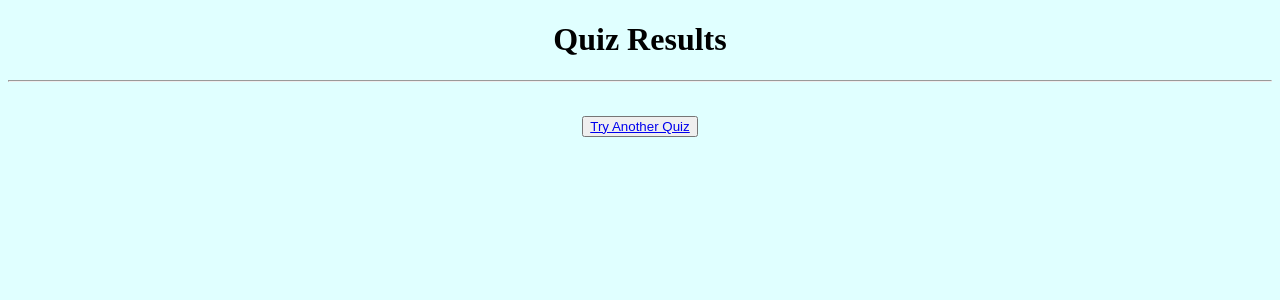
Repository: Rohitsenpai01/Quiz-Manangement-System
Page: http://localhost/WebQuizApp/submitquiz.jsp
An editor plug-in stored every save of this project. The page is shown before and after the next save, followed by the edit.
The browser window is 1280 px wide. The pictures show the whole page.
The page is served by Tomcat 9. Other server files are loaded and not shown. Queries for data that is not in the repository find no rows.

Above is the page before, as saved 2025-12-31 16:57:59.

### WebQuizApp/WebQuizApp/src/main/webapp/submitquiz.jsp
<%@ page language="java" contentType="text/html; charset=UTF-8" pageEncoding="UTF-8"%>
<%@ taglib prefix="c" uri="http://java.sun.com/jsp/jstl/core" %>
<!DOCTYPE html>
<html>
<head>
    <title>Quiz Result</title>
</head>
<body bgcolor="${initParam.theme}">
    <h1 style="text-align: center;">Quiz Results</h1><hr>
    <jsp:useBean id="quli" class="com.app.beans.QuestionListBean"/>
    <jsp:setProperty name="quli" property="quiz_id" value="${param.quiz_id}"/>
    ${quli.fetchQuestions()}

    <div style="text-align: center;">
        <%
            int score = 0;
            int total = 0;
            java.util.List<com.app.pojos.Question> list = quli.getQuestionList();

            if (list != null) {
                total = list.size();
                for (int i = 0; i < total; i++) {
                    String submittedAns = request.getParameter("ans_" + i);
                    char correctAns = list.get(i).getCorrect();
                    if (submittedAns != null && submittedAns.equalsIgnoreCase(String.valueOf(correctAns))) {
                        score++;
                    }
                }
            }
            request.setAttribute("finalScore", score);
            request.setAttribute("totalQuestions", total);
        %>
        <p>${score}</p>
		<jsp:useBean id="sa" class="com.app.beans.AttemptQuizBean"/>
		<jsp:setProperty  name="sa" property="quiz_id" value="${param.quiz_id}"/>
		<jsp:setProperty  name="sa" property="student_id" value="${lp.user.id}"/>
		<jsp:setProperty  name="sa" property="score" value="${score}"/>
		<jsp:setProperty  name="sa" property="total" value="${total}"/>
		${sa.save()}
		<br>
        <button><a href="quizlist.jsp">Try Another Quiz</a></button>
    </div>
</body>
</html>

### WebQuizApp/WebQuizApp/src/main/java/com/app/beans/QuestionListBean.java
package com.app.beans;

import java.util.List;
import com.app.daos.QuestionDao;
import com.app.daos.QuestionDaoImp;
import com.app.pojos.Question;

public class QuestionListBean {
	private List<Question> questionList;
    private int quiz_id;

    public void setQuiz_id(int quiz_id) {
        this.quiz_id = quiz_id;
    }

    public List<Question> getQuestionList() {
        return questionList;
    }

    public void fetchQuestions() {
        try(QuestionDao queDao = new QuestionDaoImp()) {
            this.questionList = queDao.getById(this.quiz_id);
        } catch (Exception e) {
            e.printStackTrace();
        }
    }
}

### WebQuizApp/WebQuizApp/src/main/java/com/app/daos/QuestionDao.java
package com.app.daos;

import java.util.List;

import com.app.pojos.Question;
import com.app.pojos.Quiz;

public interface QuestionDao extends AutoCloseable{
	List<Question> getAll() throws Exception;
	List<Question> getById(int quiz_id) throws Exception;
	void insert(Question qs,Quiz q) throws Exception;
}

### WebQuizApp/WebQuizApp/src/main/java/com/app/beans/AttemptQuizBean.java
package com.app.beans;

import java.util.ArrayList;
import java.util.List;

import com.app.daos.AttemptDao;
import com.app.daos.AttemptDaoImp;
import com.app.pojos.Attempts;

public class AttemptQuizBean {
	private List<Attempts> attemptList;
	private int student_id;
	private int score;
	private int total;
	private int quiz_id;
	public AttemptQuizBean() {
		this.attemptList = new ArrayList<>();
	}

	public List<Attempts> getAttemptList() {
		return attemptList;
	}


	public void setAttemptList(List<Attempts> attemptList) {
		this.attemptList = attemptList;
	}


	public int getStudent_id() {
		return student_id;
	}


	public void setStudent_id(int student_id) {
		this.student_id = student_id;
	}


	public int getScore() {
		return score;
	}


	public void setScore(int score) {
		this.score = score;
	}


	public int getTotal() {
		return total;
	}


	public void setTotal(int total) {
		this.total = total;
	}


	public int getQuiz_id() {
		return quiz_id;
	}


	public void setQuiz_id(int quiz_id) {
		this.quiz_id = quiz_id;
	}


	public void viewresult() {
		try(AttemptDao attemptDao = new AttemptDaoImp()) {
			List<Attempts> attempt = attemptDao.findAll();
			this.attemptList =  attempt;
		} catch(Exception e) {
			e.printStackTrace();
		}
	}
	public void viewScore() {
		try(AttemptDao attemptDao = new AttemptDaoImp()) {
			List<Attempts> attempt =  attemptDao.findStudentById(student_id);
			this.attemptList = attempt;
		} catch(Exception e) {
			e.printStackTrace();
		}
	}
	public void save() {
		try(AttemptDao attemptDao = new AttemptDaoImp()) {
			 attemptDao.insertAttempt(quiz_id, student_id, score, total);
		} catch(Exception e) {
			e.printStackTrace();
		}
	}
}

### WebQuizApp/WebQuizApp/src/main/java/com/app/daos/AttemptDao.java
package com.app.daos;

import java.util.List;

import com.app.pojos.Attempts;

public interface AttemptDao extends AutoCloseable{
	List<Attempts> findAll() throws Exception;
	List<Attempts> findStudentById(int user_id) throws Exception;
	public void insertAttempt(int qid, int stuId, int score, int totalQue) throws Exception;
}

### WebQuizApp/WebQuizApp/src/main/java/com/app/pojos/Question.java
package com.app.pojos;

public class Question {
	public int id;
	public int quiz_id;
	public String text;
	public String a;
	public String b;
	public String c;
	public String d;
	public char correct;

	public Question() {
	}

	public Question(int id, int quiz_id, String text, String a, String b, String c, String d, char correct) {
		this.id = id;
		this.quiz_id = quiz_id;
		this.text = text;
		this.a = a;
		this.b = b;
		this.c = c;
		this.d = d;
		this.correct = correct;
	}

	public int getId() {
		return id;
	}

	public void setId(int id) {
		this.id = id;
	}

	public int getQuiz_id() {
		return quiz_id;
	}

	public void setQuiz_id(int quiz_id) {
		this.quiz_id = quiz_id;
	}

	public String getText() {
		return text;
	}

	public void setText(String text) {
		this.text = text;
	}

	public String getA() {
		return a;
	}

	public void setA(String a) {
		this.a = a;
	}

	public String getB() {
		return b;
	}

	public void setB(String b) {
		this.b = b;
	}

	public String getC() {
		return c;
	}

	public void setC(String c) {
		this.c = c;
	}

	public String getD() {
		return d;
	}

	public void setD(String d) {
		this.d = d;
	}

	public char getCorrect() {
		return correct;
	}

	public void setCorrect(char correct) {
		this.correct = correct;
	}

}

### WebQuizApp/WebQuizApp/src/main/java/com/app/daos/Dao.java
package com.app.daos;

import java.sql.Connection;
import com.app.util.DbUtil;

public class Dao implements AutoCloseable{
	protected Connection con;
	public Dao() throws Exception{
		con = DbUtil.getConnection();
	}
	public void close() throws Exception {
		if(con != null) {
			con.close();
		}
	}
}

### WebQuizApp/WebQuizApp/src/main/java/com/app/daos/QuestionDaoImp.java
package com.app.daos;

import java.sql.PreparedStatement;
import java.sql.ResultSet;
import java.util.ArrayList;
import java.util.List;

import com.app.pojos.Question;
import com.app.pojos.Quiz;

public class QuestionDaoImp extends Dao implements QuestionDao{
	private PreparedStatement stmtInsertTitle;
	private PreparedStatement stmtGetAll;
	private PreparedStatement stmtGetById;
	private PreparedStatement stmtInsertQuestion;

	public QuestionDaoImp() throws Exception {
		stmtGetAll = con.prepareStatement("SELECT question_id, quiz_id, question_text, option_a, option_b, option_c, option_d FROM questions");
		stmtGetById = con.prepareStatement("SELECT question_text, option_a, option_b, option_c, option_d, correct_option FROM questions WHERE quiz_id = ?");
		stmtInsertQuestion = con.prepareStatement("INSERT INTO questions " + "(quiz_id, question_text, option_a, option_b, option_c, option_d, correct_option)" + "VALUES (?, ?, ?, ?, ?, ?, ?)");
		stmtInsertTitle = con.prepareStatement("SELECT quiz_id FROM quizzes WHERE title=?");
	}

	public void close() throws Exception {
		stmtGetAll.close();
		stmtGetById.close();
		stmtInsertTitle.close();
		stmtInsertQuestion.close();
	}

	@Override
	public List<Question> getAll() throws Exception {
		List<Question> list = new ArrayList<>();
		try(ResultSet rs = stmtGetAll.executeQuery()) {
			while(rs.next()) {
				int id = rs.getInt("id");
				int quiz_id = rs.getInt("quiz_id");
				String text = rs.getString("text");
				String a = rs.getString("a");
				String b = rs.getString("b");
				String c = rs.getString("c");
				String d = rs.getString("d");
				String cor = rs.getString("correct");
				char correct = cor.charAt(0);
				Question que = new Question(id, quiz_id, text, a, b, c, d, correct);
				list.add(que);
			}
		}
		return list;
	}

	@Override
	public void insert(Question qs, Quiz q) throws Exception {
	    String sql = "INSERT INTO questions (quiz_id, question_text, option_a, option_b, option_c, option_d, correct_option) VALUES (?, ?, ?, ?, ?, ?, ?)";
	    try (PreparedStatement ps = con.prepareStatement(sql)) {
	        ps.setInt(1, qs.getQuiz_id());
	        ps.setString(2, qs.getText());
	        ps.setString(3, qs.getA());
	        ps.setString(4, qs.getB());
	        ps.setString(5, qs.getC());
	        ps.setString(6, qs.getD());
	        ps.setString(7, String.valueOf(qs.getCorrect()));
	        ps.executeUpdate();
	    }
	}

	@Override
	public List<Question> getById(int quiz_id) throws Exception {
	    List<Question> queList = new ArrayList<>();
	    stmtGetById.setInt(1, quiz_id);
	    try(ResultSet rs = stmtGetById.executeQuery()) {
	        while(rs.next()) {
	            String text = rs.getString("question_text");
	            String a = rs.getString("option_a");
	            String b = rs.getString("option_b");
	            String c = rs.getString("option_c");
	            String d = rs.getString("option_d");
	            String cor = rs.getString("correct_option");
	            char correct = (cor != null && !cor.isEmpty()) ? cor.charAt(0) : ' ';
	            Question que = new Question(0, quiz_id, text, a, b, c, d, correct);
	            queList.add(que);
	        }
	    }
	    return queList;
	}
}

### WebQuizApp/WebQuizApp/src/main/java/com/app/util/DbUtil.java
package com.app.util;

import java.sql.Connection;
import java.sql.DriverManager;

public class DbUtil {
	private static final String DB_DRIVER = "com.mysql.cj.jdbc.Driver";
	private static final String DB_URL = "jdbc:mysql://localhost:3306/quiz_management_system";
	private static final String DB_USER = "root";
	private static final String DB_PASSWD = "manager";

	static {
		try {
			Class.forName(DB_DRIVER);
		} catch(Exception e) {
			e.printStackTrace();
			System.exit(1);
		}
	}

	public static Connection getConnection() throws Exception {
		Connection con = DriverManager.getConnection(DB_URL, DB_USER, DB_PASSWD);
		return con;
	}
}

### WebQuizApp/WebQuizApp/src/main/java/com/app/pojos/Attempts.java
package com.app.pojos;

import java.time.LocalDateTime;

public class Attempts {
	public int id;
	public int quiz_id;
	public int student_id;
	public String student_name;
	public int score;
	public int total;
	public LocalDateTime attemptTime;

	public Attempts() {
	}

	public Attempts(int id, int quiz_id, int student_id, String student_name, int score, int total, LocalDateTime attemptTime) {
		this.id = id;
		this.quiz_id = quiz_id;
		this.student_id = student_id;
		this.student_name = student_name;
		this.score = score;
		this.total = total;
		this.attemptTime = attemptTime;
	}


	public Attempts(int id, int quiz_id, int student_id, int score, int total, LocalDateTime attemptTime) {
		super();
		this.id = id;
		this.quiz_id = quiz_id;
		this.student_id = student_id;
		this.score = score;
		this.total = total;
		this.attemptTime = attemptTime;
	}

	public int getId() {
		return id;
	}

	public void setId(int id) {
		this.id = id;
	}

	public int getQuiz_id() {
		return quiz_id;
	}

	public void setQuiz_id(int quiz_id) {
		this.quiz_id = quiz_id;
	}

	public int getStudent_id() {
		return student_id;
	}

	public void setStudent_id(int student_id) {
		this.student_id = student_id;
	}

	public String getStudent_name() {
		return student_name;
	}

	public void setStudent_name(String string) {
		this.student_name = string;
	}

	public int getScore() {
		return score;
	}

	public void setScore(int score) {
		this.score = score;
	}

	public int getTotal() {
		return total;
	}

	public void setTotal(int total) {
		this.total = total;
	}

	public LocalDateTime getAttemptTime() {
		return attemptTime;
	}

	public void setAttemptTime(LocalDateTime attemptTime) {
		this.attemptTime = attemptTime;
	}

}

### WebQuizApp/WebQuizApp/src/main/java/com/app/daos/AttemptDaoImp.java
package com.app.daos;

import java.sql.PreparedStatement;
import java.sql.ResultSet;
import java.util.ArrayList;
import java.util.List;

import com.app.pojos.Attempts;

public class AttemptDaoImp extends Dao implements AttemptDao{
	private PreparedStatement stmtFindById;
	private PreparedStatement stmtFindAll;
	private PreparedStatement stmtSave;
	public AttemptDaoImp() throws Exception {
		stmtFindAll = con.prepareStatement("SELECT attempt_id,quiz_id,quiz_attempts.user_id,name,final_score,total_questions FROM quiz_attempts INNER JOIN users ON quiz_attempts.user_id = users.user_id");
		stmtFindById = con.prepareStatement("SELECT * FROM quiz_attempts WHERE user_id = ?");
		stmtSave = con.prepareStatement("INSERT INTO quiz_attempts (quiz_id, user_id, final_score, total_questions) VALUES (?, ?, ?, ?)");
	}

	public void close() throws Exception {
		stmtSave.close();
		stmtFindById.close();
		stmtFindAll.close();
	}

	@Override
	public List<Attempts> findAll() throws Exception {
		List<Attempts> list = new ArrayList<>();
		try(ResultSet rs = stmtFindAll.executeQuery()) {
			while(rs.next()) {
				int attempt_id = rs.getInt("attempt_id");
				int quiz_id = rs.getInt("quiz_id");
				int user_id = rs.getInt("user_id");
				String name = rs.getString("name");
				int final_score = rs.getInt("final_score");
				int total_questions = rs.getInt("total_questions");
				Attempts at = new Attempts(attempt_id, quiz_id, user_id, name, final_score, total_questions, null);
				list.add(at);
			}
		}
		return list;
	}

	@Override
	public List<Attempts> findStudentById(int student_id) throws Exception {
		List<Attempts> list = new ArrayList<>();
		stmtFindById.setInt(1, student_id);
		try(ResultSet rs = stmtFindById.executeQuery()) {
			if(rs.next()) {
				int attempt_id = rs.getInt("attempt_id");
				int quiz_id = rs.getInt("quiz_id");
				student_id = rs.getInt("user_id");
				int final_score = rs.getInt("final_score");
				int total_questions = rs.getInt("total_questions");
				Attempts at = new Attempts(attempt_id, quiz_id, student_id, final_score, total_questions, null);
				list.add(at);
			}
		}
		return list;
	}



	@Override
	public void insertAttempt(int qid, int stuId, int score, int totalQue) throws Exception {
		String sql = "INSERT INTO quiz_attempts (quiz_id, user_id, final_score, total_questions) VALUES (?, ?, ?, ?)";
		try(PreparedStatement pit = con.prepareStatement(sql)) {
			pit.setInt(1, qid);
			pit.setInt(2, stuId);
			pit.setInt(3, score);
			pit.setInt(4, totalQue);

			pit.executeUpdate();
			pit.close();
		} catch(Exception e) {
			e.printStackTrace();
		}
	}

}

After the next save:
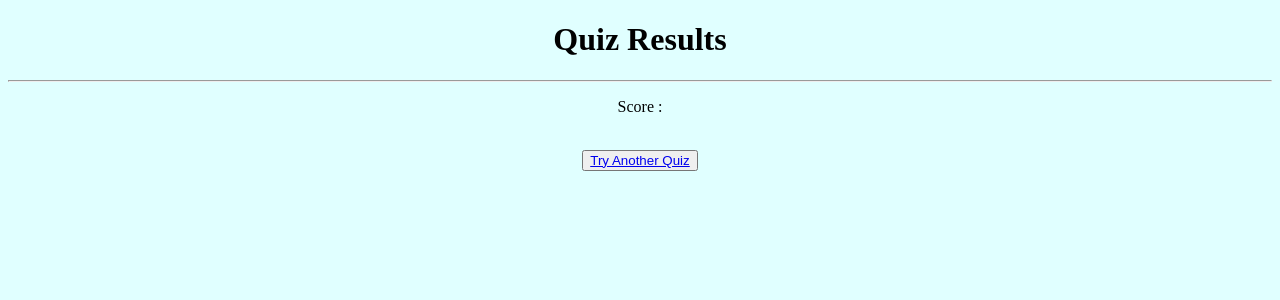
Saved 10 s later.
--- a/WebQuizApp/WebQuizApp/src/main/webapp/submitquiz.jsp
+++ b/WebQuizApp/WebQuizApp/src/main/webapp/submitquiz.jsp
@@ -30,7 +30,7 @@
             request.setAttribute("finalScore", score);
             request.setAttribute("totalQuestions", total);
         %>
-        <p>${score}</p>
+        <p>Score : ${score}</p>
 		<jsp:useBean id="sa" class="com.app.beans.AttemptQuizBean"/>
 		<jsp:setProperty  name="sa" property="quiz_id" value="${param.quiz_id}"/>
 		<jsp:setProperty  name="sa" property="student_id" value="${lp.user.id}"/>
